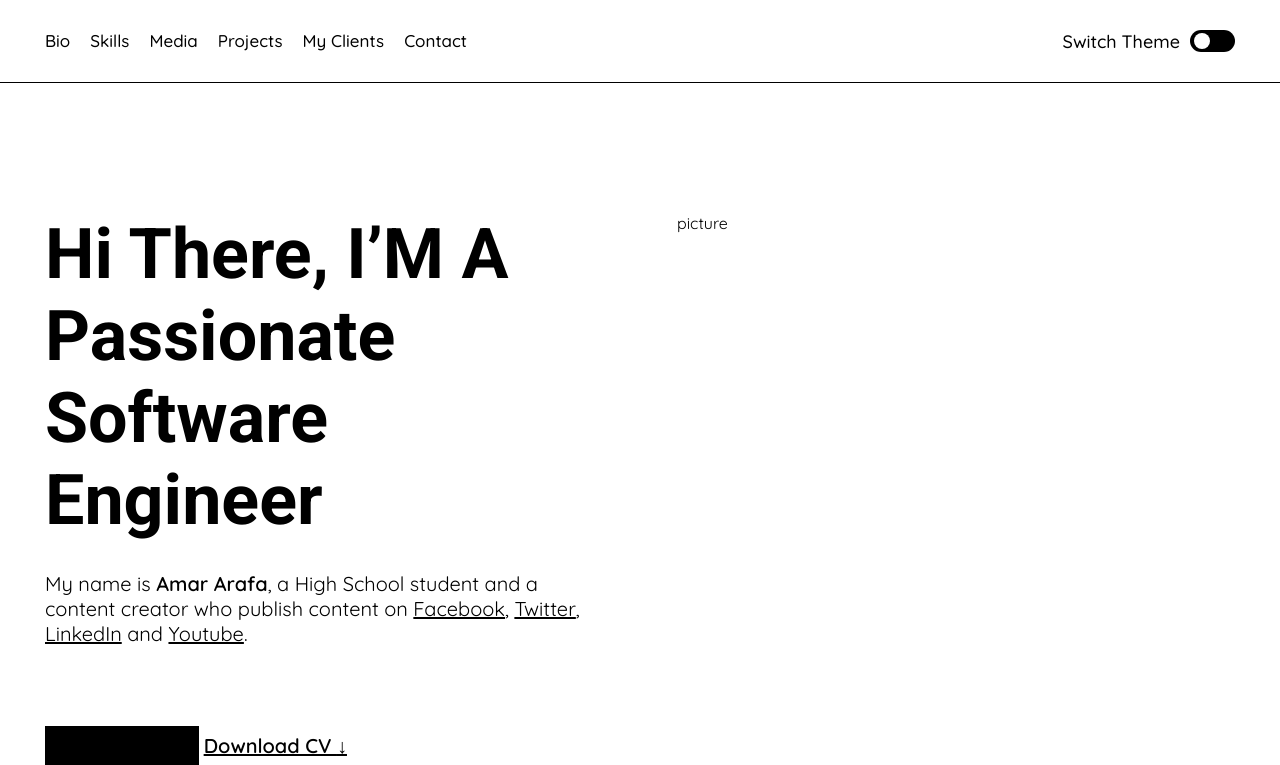
Repository: benarafa1/personal-website
Page: index.html
An editor plug-in stored every save of this project. The page is shown before and after the next save, followed by the edit.
The browser window is 1280 px wide. The pictures show the whole page.

Above is the page before, as saved 2025-04-12 07:53:35.

### index.html
<!DOCTYPE html>
<html lang="en">
  <head>
    <meta charset="UTF-8" />
    <meta name="viewport" content="width=device-width, initial-scale=1.0" />
    <link rel="preconnect" href="https://fonts.googleapis.com" />
    <link rel="preconnect" href="https://fonts.gstatic.com" crossorigin />
    <link rel="preconnect" href="https://fonts.googleapis.com" />
    <link rel="preconnect" href="https://fonts.gstatic.com" crossorigin />
    <link
      href="https://fonts.googleapis.com/css2?family=Quicksand:wght@300..700&family=Roboto:ital,wght@0,100;0,300;0,400;0,500;0,700;0,900;1,100;1,300;1,400;1,500;1,700;1,900&display=swap"
      rel="stylesheet"
    />

    <link rel="stylesheet" href="style.css" />
    <title>Amar Arafa</title>
  </head>

  <body>
    <div class="container">
      <header class="header">
        <nav class="navigation">
          <ul class="navigation__list">
            <li><a class="navigation__link" href="#">Bio</a></li>
            <li><a class="navigation__link" href="#">Skills</a></li>
            <li><a class="navigation__link" href="#">Media</a></li>
            <li><a class="navigation__link" href="#">Projects</a></li>
            <li><a class="navigation__link" href="#">My Clients</a></li>
            <li><a class="navigation__link" href="#">Contact</a></li>
          </ul>
        </nav>
        <div class="toggle">
          <h3 class="toggle__title">Switch Theme</h3>
          <input
            type="checkbox"
            name="toggle__checkbox"
            id="checkbox"
            class="toggle__checkbox"
          />
          <label for="checkbox" class="toggle__label"></label>
        </div>
      </header>
      <section class="bio section">
        <div class="bio__data-part">
          <h1 class="bio__heading">
            Hi There, I’M A Passionate Software Engineer
          </h1>
          <p class="bio__objective">
            My name is <span class="bio__name">Amar Arafa</span>, a High School
            student and a content creator who publish content on
            <a href="#" class="bio__Facebook">Facebook</a>,
            <a href="#" class="bio__Twitter">Twitter</a>,
            <a href="#" class="bio__LinkedIn">LinkedIn</a> and
            <a href="#" class="bio__Youtube">Youtube</a>.
          </p>
          <a href="#" class="bio__links say-hi-link">Say Hi</a>
          <a href="#" class="bio__links download-cv-link"
            >Download CV <span class="bio__arrow">↓</span></a
          >
        </div>
        <div class="bio__pic-part">picture</div>
      </section>
    </div>
  </body>
</html>

### style.css
:root {
  --container-width: 119rem;
  --gutter: 2rem;
  --color-black: #000;
  --color-white: #fff;
  --color-blue: #2374e1;
  --color-light-blue: #1d9bf0;
  --color-dark-blue: #0a66c2;
  --color-darker-blue: #143ce8;
  --color-red: #ff0000;
  --color-green: #03a696;
  --color-grey: #f6f6f6;
  --color-dark-green: #42959b;
  --color-background: var(--color-white);
  --color-text: var(--color-black);
  --color-box-img: var(--color-black);
  --color-link-bg: var(--color-black);
  --color-input-border: var(--color-black);
  --font-family-Roboto: "Roboto", sans-serif;
  --font-family-Quicksand: "Quicksand", sans-serif;
  --font-weight-regular: 400;
  --font-weight-medium: 500;
  --font-weight-semi-bold: 600;
  --font-weight-bold: 700;
  --font-size-70: 7rem;
  --font-size-65: 6.5rem;
  --font-size-40: 4rem;
  --font-size-38: 3.8rem;
  --font-size-24: 2.4rem;
  --font-size-22: 2.2rem;
  --font-size-20: 2rem;
  --font-size-18: 1.8rem;
  --font-size-15: 1.5rem;
  --transition-timing: 0.3s;
}

/* start CSS Reset */
*,
*::before,
*::after {
  box-sizing: border-box;
  margin: 0;
  padding: 0;
  font: inherit;
}

a {
  color: inherit;
  display: inline-block;
}

button {
  background-color: transparent;
  border: none;
  cursor: pointer;
}

ul,
ol {
  list-style: none;
}
/* end CSS Reset */

body {
  font-size: 1.6rem;
  font-family: var(--font-family-Quicksand);
}

html {
  font-size: 62.5%;
  scroll-behavior: smooth;
  scroll-padding-top: 11rem;
}

.container {
  margin: 0 auto;
  width: var(--container-width);
}

.navigation__list {
  display: flex;
  gap: 2rem;
}
.navigation__link:link,
.navigation__link:visited {
  font-weight: var(--font-weight-medium);
  text-decoration: none;
  font-size: 1.7rem;
}

.navigation__link:hover,
.navigation__link:active {
  text-decoration: underline;
}

.header {
  position: relative;
  padding: 3rem 0;
  display: flex;
  justify-content: center;
}
.header::before {
  content: "";
  position: absolute;
  height: 100%;
  width: 100vw;
  top: 0;
  z-index: -1;
  border-bottom: 0.1rem solid var(--color-input-border);
}

/* toggle start */
.toggle {
  display: flex;
  gap: 1rem;
  margin-left: auto;
}
.toggle__title {
  font-weight: var(--font-weight-medium);
  font-size: var(--font-size-18);
}
.toggle__checkbox {
  display: none;
}

.toggle__label {
  display: block;
  width: 4.5rem;
  height: 2.2rem;
  border-radius: 1.5rem;
  background-color: var(--color-black);
  cursor: pointer;
  padding: 0.3rem 0.4rem;
  transition: var(--transition-timing);
}

.toggle__label::before {
  content: "";
  display: block;
  width: 1.6rem;
  height: 1.6rem;
  border-radius: 50%;
  background-color: var(--color-white);
  transition: var(--transition-timing);
}

.toggle__checkbox:checked + .toggle__label {
  background-color: var(--color-white);
}
.toggle__checkbox:checked + .toggle__label::before {
  background-color: var(--color-black);
  transform: translateX(2.1rem);
}
/* toggle end */
.section {
  display: grid;
  align-items: start;
}
/* bio component start */
.bio {
  margin-top: 13rem;
  grid-template-columns: repeat(2, 1fr);
  gap: 7.4rem;
}

.bio__heading {
  font-family: var(--font-family-Roboto);
  font-size: var(--font-size-70);
  font-weight: var(--font-weight-bold);
}
.bio__objective {
  font-weight: var(--font-weight-regular);
  font-size: var(--font-size-20);
  margin: 3rem 0 8rem;
}
.bio__name {
  font-weight: var(--font-weight-semi-bold);
}
.bio__links {
  font-size: var(--font-size-20);
  font-weight: var(--font-weight-semi-bold);
}
.say-hi-link {
  padding: 0.7rem 4.7rem;
  background-color: var(--color-black);
}
.download-cv-link {
  ma
}
/* bio component end */

After the next save:
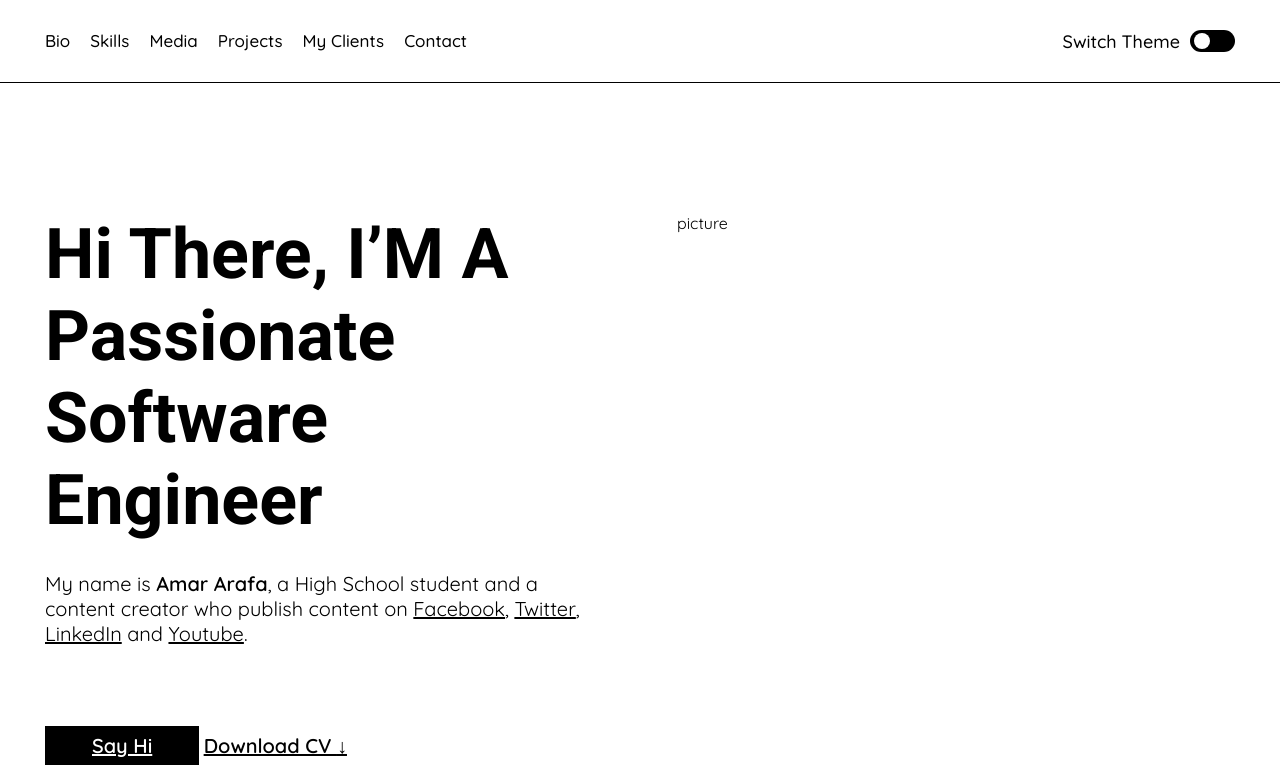
Saved 18 s later.
--- a/style.css
+++ b/style.css
@@ -183,6 +183,7 @@ html {
 .say-hi-link {
   padding: 0.7rem 4.7rem;
   background-color: var(--color-black);
+  color: var(--color-white);
 }
 .download-cv-link {
   ma
